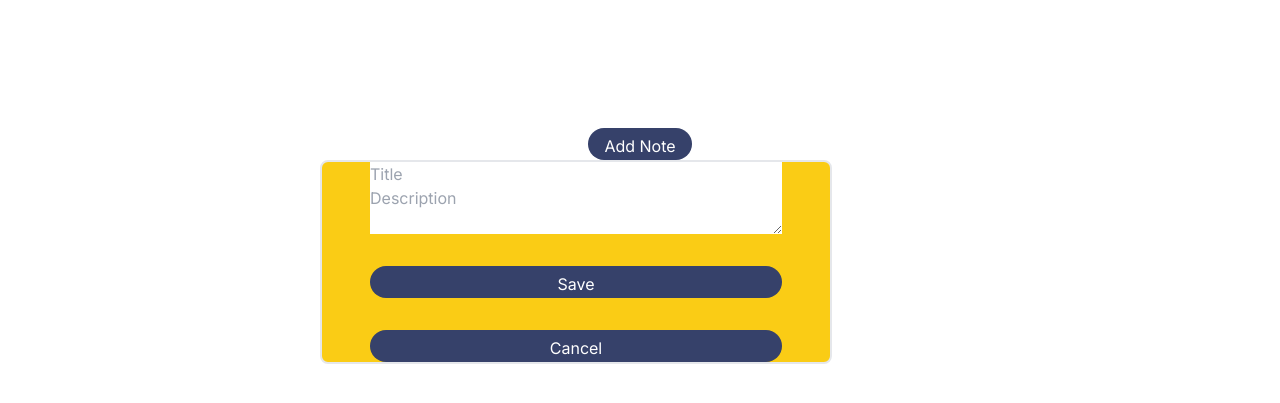
Repository: drumsmanku/next-and-nest-note-taker
Page: / (app in client/), after clicking the first element matching `button.px-4`
These files come from the project's save history. The page is drawn as it stood at one moment and after the next save; the edit follows.
The browser window is 1280 px wide. The pictures show the whole page.
The page's requests for data from a server got no answer. The project was rebuilt for these pictures with package versions that can differ from the ones it lists, and the page was loaded fresh each time. The framework's server and built-in components were replaced by stand-ins that run in the browser. No one was signed in, and anything a server would have sent is missing. Also part of the build but not shown: client/next.config.mjs.

Above is the page before, as saved 2024-03-14 12:43:36.

After the next save:
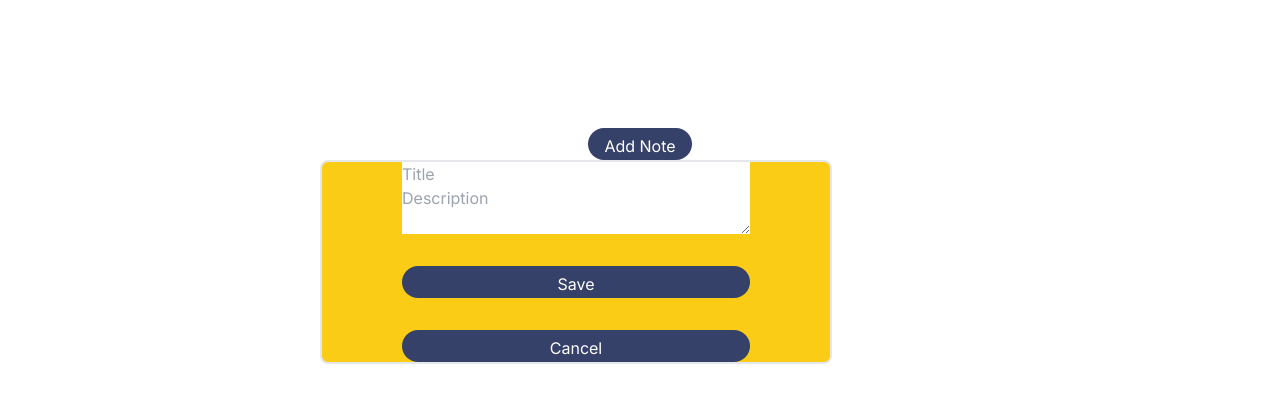
Saved 7 s later.
--- a/client/app/components/NotesComponent.tsx
+++ b/client/app/components/NotesComponent.tsx
@@ -77,7 +77,7 @@ const NotesComponent: React.FC = () => {
       <button className="px-4 py-1.5 text-white h-8 text-md rounded-full border-none bg-[#36416A] mt-8" onClick={() => setShowCreatePopup(true)}>Add Note</button>
       <div className='flex flex-col w-[50%]'>
         {showCreatePopup && (
-          <div className='flex flex-col w-[80%] border-2 rounded-lg  bg-yellow-400 px-12'>
+          <div className='flex flex-col w-[80%] border-2 rounded-lg  bg-yellow-400 px-20'>
             <input
               type="text"
               placeholder="Title"
